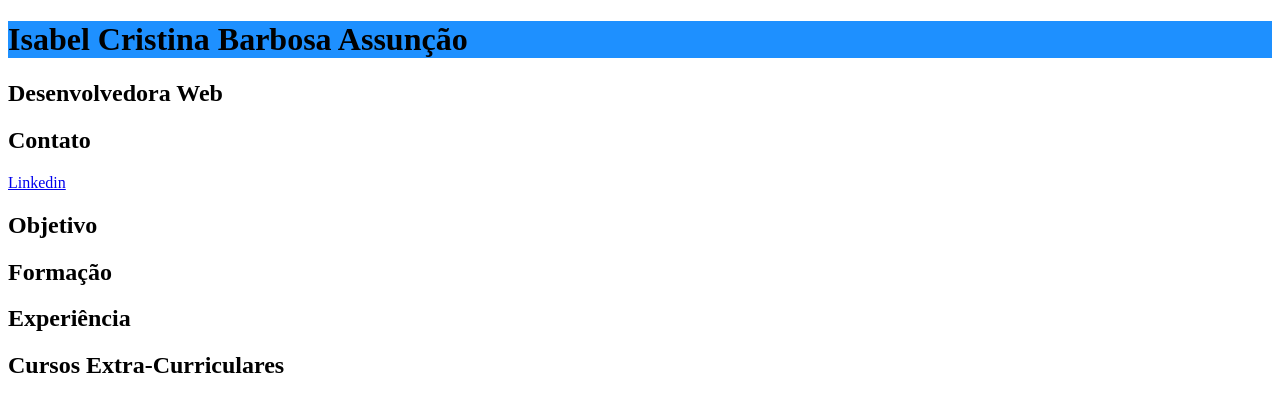
Repository: BellsBarbosa/EXERC-CIOS-ENT
Page: CV.HTML
An editor plug-in stored every save of this project. The page is shown before and after a run of saves, followed by the edit.
The browser window is 1280 px wide. The pictures show the whole page.

Above is the page before, as saved 2023-07-04 15:11:46.

After the next 3 saves:
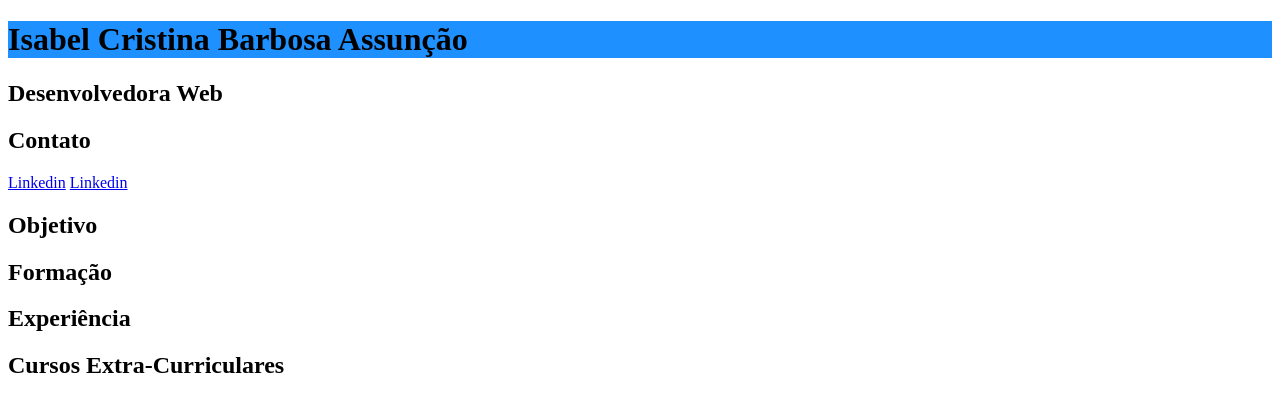
The 3 saves are shown as one change because they came seconds apart.
The last was saved 12 s later.
--- a/CV.HTML
+++ b/CV.HTML
@@ -10,6 +10,7 @@
 	<h2>Desenvolvedora Web</h2>
 	<h2>Contato</h2>
 	<a href="https://www.linkedin.com/in/isabel-barbosa-programadora/">Linkedin</a>
+    <a href="https://www.linkedin.com/in/isabel-barbosa-programadora/">Linkedin</a>
 	<h2>Objetivo</h2>
 	<h2>Formação</h2>
 	<h2>Experiência</h2>
